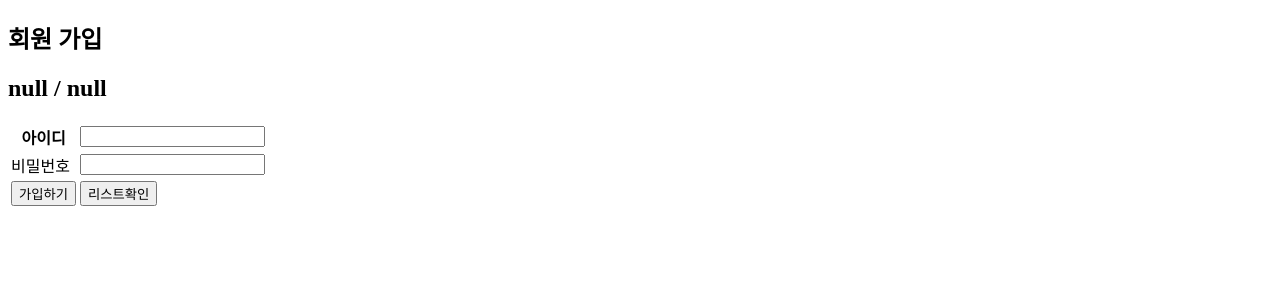
Repository: back-seung/academy
Page: http://localhost/SpringDay01/memberInputForm
The author's editor kept a copy of each file at every save. The page is drawn from the files as they stood at one save, then again after the next save.
The browser window is 1280 px wide. The pictures show the whole page.
The page is served by Tomcat 9. Other server files are loaded and not shown.

Above is the page before, as saved 2021-11-22 12:12:02.

### SpringDay01/src/main/webapp/WEB-INF/views/memberInput.jsp
<%@ page language="java" contentType="text/html; charset=UTF-8"
    pageEncoding="UTF-8"%>
<!DOCTYPE html>
<html>
  <head>
    <meta charset="UTF-8" />
    <title>Insert title here</title>
  </head>
  <body>
    <form action="memberInputForm" method="GET">
      <h2>회원 가입</h2>
      <h2 id="print">${print}</h2>
      <table>
        <tr>
          <th>아이디</th>
          <th><input id="id" type="text" name="id" /></th>
        </tr>
        <tr>
          <td>비밀번호</td>
          <td><input id="pw" type="password" name="pw" /></td>
        </tr>
        <tr>
          <td><input type="submit" value="가입하기"/></td>

          <td><input type="button" value="리스트확인" onclick="location.href='memberListForm'"/></td>
        </tr>
      </table>
    </form>
    <script>
    </script>
  </body>
</html>

After the next save:
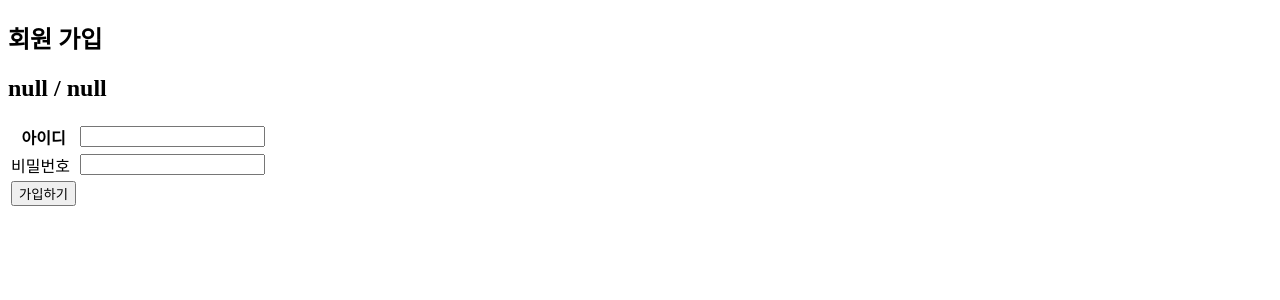
Saved 2 min 2 s later.
--- a/SpringDay01/src/main/webapp/WEB-INF/views/memberInput.jsp
+++ b/SpringDay01/src/main/webapp/WEB-INF/views/memberInput.jsp
@@ -21,8 +21,6 @@
         </tr>
         <tr>
           <td><input type="submit" value="가입하기"/></td>
-
-          <td><input type="button" value="리스트확인" onclick="location.href='memberListForm'"/></td>
         </tr>
       </table>
     </form>
